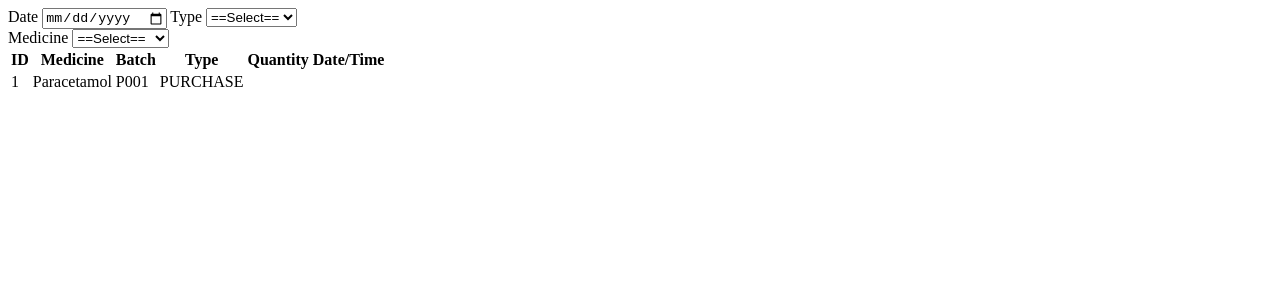
Repository: AbHiShEk200428/Medicine-Manager
Page: transactions.html
An editor plug-in stored every save of this project. The page is shown before and after the next save, followed by the edit.
The browser window is 1280 px wide. The pictures show the whole page.

Above is the page before, as saved 2026-10-28 17:36:30.

### transactions.html

    <label for="">Date</label>
    <input type="date" id="Search_date">

    <label for="">Type</label>
    <select name="" id="">
        <option value="">==Select==</option>
        <option value="">Issue</option>
        <option value="">Return</option>
        <option value="">Purchase</option>
       </select>

       <br>

    <label for="">Medicine</label>
       <select name="" id="">
        <option value="">==Select==</option>
        <option value="">Paracetamol</option>
        <option value="">Cetrizine</option>
       </select>

<table>
    <thead>
        <tr>
            <th>ID</th>
            <th>Medicine</th>
            <th>Batch</th>
            <th>Type</th>
            <th>Quantity</th>
            <th>Date/Time</th>
        </tr>
    </thead>
    <tbody>
        <tr>
            <td>1</td>
            <td>Paracetamol</td>
            <td>P001</td>
            <td>PURCHASE</td>



        </tr>
    </tbody>
</table>

After the next save:
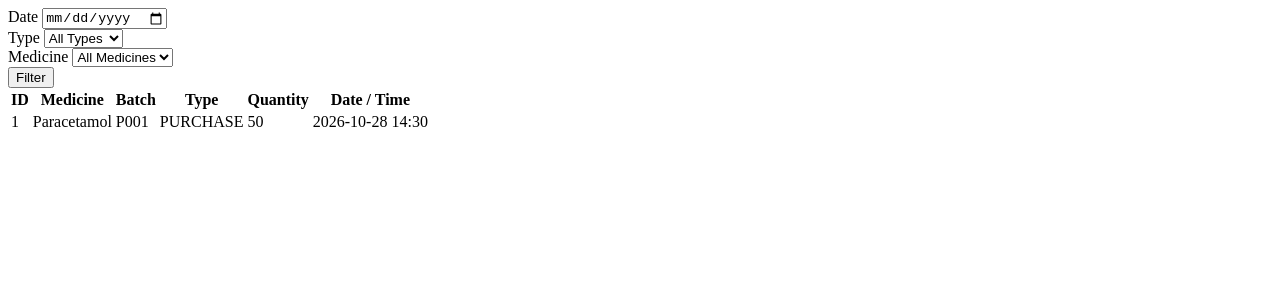
Saved 97 s later.
--- a/transactions.html
+++ b/transactions.html
@@ -1,44 +1,57 @@
+<div class="container py-3">
+    <!-- Filter Card -->
+    <div class="card p-3 mb-4 shadow-sm">
+        <div class="row g-3 align-items-end">
+            <div class="col-md-4">
+                <label for="trans_date" class="form-label fw-semibold">Date</label>
+                <input type="date" id="trans_date" class="form-control focus-ring">
+            </div>
+            <div class="col-md-3">
+                <label for="trans_type" class="form-label fw-semibold">Type</label>
+                <select id="trans_type" class="form-select focus-ring">
+                    <option value="all">All Types</option>
+                    <option value="issue">Issue</option>
+                    <option value="return">Return</option>
+                    <option value="purchase">Purchase</option>
+                </select>
+            </div>
+            <div class="col-md-3">
+                <label for="trans_med" class="form-label fw-semibold">Medicine</label>
+                <select id="trans_med" class="form-select focus-ring">
+                    <option value="all">All Medicines</option>
+                    <option value="paracetamol">Paracetamol</option>
+                    <option value="cetirizine">Cetirizine</option>
+                </select>
+            </div>
+            <div class="col-md-2">
+                <button type="button" id="trans_filter_btn" class="btn btn-info w-100">Filter</button>
+            </div>
+        </div>
+    </div>
 
-    <label for="">Date</label>
-    <input type="date" id="Search_date">
-
-    <label for="">Type</label>
-    <select name="" id="">
-        <option value="">==Select==</option>
-        <option value="">Issue</option>
-        <option value="">Return</option>
-        <option value="">Purchase</option>
-       </select>
-
-       <br>
-
-    <label for="">Medicine</label>
-       <select name="" id="">
-        <option value="">==Select==</option>
-        <option value="">Paracetamol</option>
-        <option value="">Cetrizine</option>
-       </select>
-
-<table>
-    <thead>
-        <tr>
-            <th>ID</th>
-            <th>Medicine</th>
-            <th>Batch</th>
-            <th>Type</th>
-            <th>Quantity</th>
-            <th>Date/Time</th>
-        </tr>
-    </thead>
-    <tbody>
-        <tr>
-            <td>1</td>
-            <td>Paracetamol</td>
-            <td>P001</td>
-            <td>PURCHASE</td>
-
-
-
-        </tr>
-    </tbody>
-</table>
+    <!-- Table -->
+    <div class="table-responsive">
+        <table id="Transactions_Table" class="table table-hover text-center text-nowrap table-bordered align-middle">
+            <thead class="table-dark">
+                <tr>
+                    <th scope="col">ID</th>
+                    <th scope="col">Medicine</th>
+                    <th scope="col">Batch</th>
+                    <th scope="col">Type</th>
+                    <th scope="col">Quantity</th>
+                    <th scope="col">Date / Time</th>
+                </tr>
+            </thead>
+            <tbody>
+                <tr>
+                    <td>1</td>
+                    <td>Paracetamol</td>
+                    <td>P001</td>
+                    <td><span class="badge bg-primary">PURCHASE</span></td>
+                    <td>50</td>
+                    <td>2026-10-28 14:30</td>
+                </tr>
+            </tbody>
+        </table>
+    </div>
+</div>
